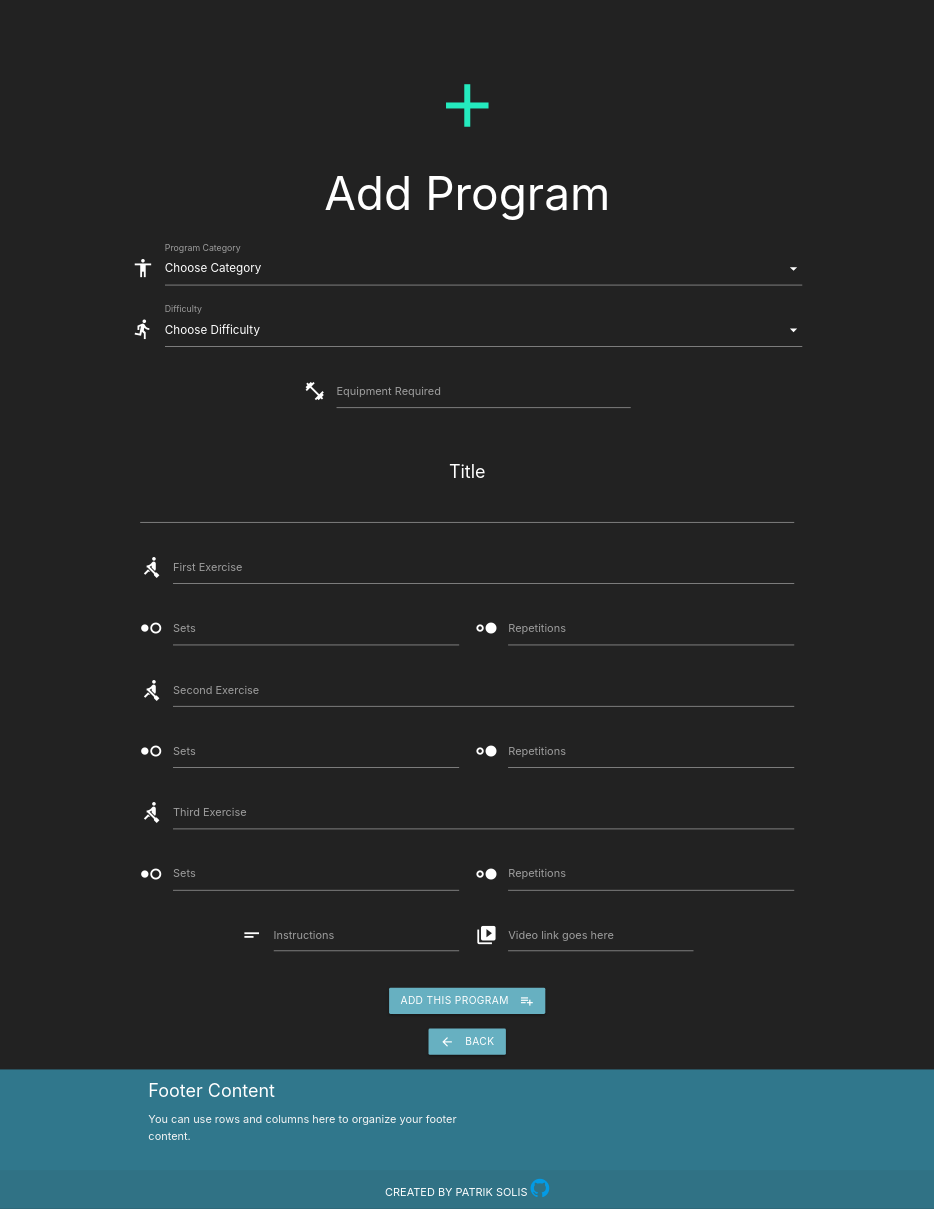
Repository: Ario124/calisthenics-project
Page: http://localhost/add_program
The author's editor kept a record of every edit. The page is drawn from the files as they stood at one moment, then again after the next edit.
The browser window is 1280 px wide. The pictures show the whole page, at 73% of full size.
The page is served by the project's application, run on Flask 3 (app.py). Queries for data that is not in the repository find no rows.

Above is the page before.

### templates/add_program.html
{% extends 'base.html' %} {% block content %}

<div class="row center-align">
    <i class="material-icons icon-size icon-color2">add</i>
</div>
<h1 class="center-align expert_title">Add Program</h1>
<div class="container">

    <form action="{{url_for('insert_program')}}" method="POST" class="col s12">
        <div class="row">
            <div class="row">
                <div class="input-field col s12">
                    <i class="material-icons prefix">accessibility</i>
                    <select id="category" name="category_name">
                  <option value="" disabled selected>Choose Category</option>
                  {% for cat in categories %}
                      <option value="{{cat.category_name}}">{{cat.category_name}}</option>
                  {% endfor %}
                </select>
                    <label>Program Category</label>
                </div>




                <div class="input-field col s12">
                    <i class="material-icons prefix">directions_run</i>
                    <select id="difficulty" name="difficulty_level">
                  <option value="" disabled selected>Choose Difficulty</option>
                  {% for dif in difficulty %}
                      <option value="{{dif.difficulty_level}}">{{dif.difficulty_level}}</option>
                  {% endfor %}
                </select>
                    <label>Difficulty</label>
                </div>

                <div class="input-field col s6 offset-s3">
                    <i class="material-icons prefix">fitness_center</i>
                    <input id="equipment_required" name="equipment_required" type="text" required>
                    <label for="icon_prefix">Equipment Required</label>
                </div>
            </div>
            <div class="input-field col s12">
                <h5 class="center-align">Title</h5>
                <input id="program_name" name="program_name" type="text" class="center-align" required>
            </div>

            <div class="input-field col s12">
                <i class="material-icons prefix">rowing</i>
                <input id="exercise" name="exercise" type="text" required>
                <label for="icon_prefix">First Exercise</label>
            </div>

                        <div class="input-field col s6">
                <i class="material-icons prefix">hdr_weak</i>
                <input id="sets_amount" name="sets_amount" type="text" required>
                <label for="icon_prefix">Sets</label>
            </div>

                        <div class="input-field col s6">
                <i class="material-icons prefix">hdr_strong</i>
                <input id="reps_amount" name="reps_amount" type="text" required>
                <label for="icon_prefix">Repetitions</label>
            </div>

            <div class="input-field col s12">
                <i class="material-icons prefix">rowing</i>
                <input id="exercise2" name="exercise2" type="text" required>
                <label for="icon_prefix">Second Exercise</label>
            </div>

                    <div class="input-field col s6">
                <i class="material-icons prefix">hdr_weak</i>
                <input id="sets_amount2" name="sets_amount2" type="text" required>
                <label for="icon_prefix">Sets</label>
            </div>

            <div class="input-field col s6">
                <i class="material-icons prefix">hdr_strong</i>
                <input id="reps_amount2" name="reps_amount2" type="text" required>
                <label for="icon_prefix">Repetitions</label>
            </div>
            <div class="input-field col s12">
                <i class="material-icons prefix">rowing</i>
                <input id="exercise3" name="exercise3" type="text" required>
                <label for="icon_prefix">Third Exercise</label>
            </div>

            <div class="input-field col s6">
                <i class="material-icons prefix">hdr_weak</i>
                <input id="sets_amount3" name="sets_amount3" type="text" required>
                <label for="icon_prefix">Sets</label>
            </div>

            <div class="input-field col s6">
                <i class="material-icons prefix">hdr_strong</i>
                <input id="reps_amount3" name="reps_amount3" type="text" required>
                <label for="icon_prefix">Repetitions</label>
            </div>

            <div class="container">
                <div class="input-field col s6">
                    <i class="material-icons prefix">short_text</i>
                    <textarea name="description" id="description" class="materialize-textarea center-align" required></textarea>
                    <label for="icon_prefix">Instructions</label>
                </div>



                <div class="input-field col s6">
                    <i class="material-icons prefix">video_library</i>
                    <textarea name="example_youtube" id="example_youtube" class="materialize-textarea center-align" required></textarea>
                    <label for="icon_prefix">Video link goes here</label>
                </div>
            </div>


        </div>
        <div class="row center-align">

            <div class="col s12">
                <button class="btn waves-effect waves-light btn-colored" type="submit" name="action">Add This Program
                     <i class="material-icons right">playlist_add</i>
                    </button>
            </div>

        </div>
        <div class="row center-align">
            <div class="col s12">
                <button onclick="goBack()" class="btn waves-effect waves-light btn-colored">Back
                     <i class="material-icons left">arrow_back</i>
                     </button>
            </div>

        </div>
    </form>
</div>





{% endblock %}

### templates/base.html
<!DOCTYPE html>
<html lang="en">
<head>
    <meta charset="UTF-8">
    <meta name="viewport" content="width=device-width, initial-scale=1">
    <link href="https://fonts.googleapis.com/icon?family=Material+Icons" rel="stylesheet">
    <link rel="stylesheet" href="https://cdnjs.cloudflare.com/ajax/libs/materialize/1.0.0/css/materialize.min.css">
    <link rel="stylesheet" href="{{url_for('static', filename="css/main.css")}}" type="text/css" />
    <link rel="stylesheet" href="https://maxcdn.bootstrapcdn.com/font-awesome/4.7.0/css/font-awesome.min.css" type="text/css" />

    <title>Calisthenics Project</title>
    <link rel="icon" href="https://d1ujqdpfgkvqfi.cloudfront.net/favicon-generator/htdocs/favicons/2019-09-19/50f3ab5b7a10e0ae0911c83435938cd6.ico.png">

</head>
<body>
    <header>

        <div id="navbar-test" class="navbar-fixed">
            <nav>
                <div class="nav-wrapper">
                    <a href="{{url_for('home')}}" class="brand-logo"><i class="material-icons nav-icon-pad">home</i></a>
                    <a href="{{url_for('home')}}" class="brand-logo center-align">Calisthenics</a>
                    <a href="#" data-target="mobile-demo" class="sidenav-trigger"><i class="material-icons">menu</i></a>
                    <ul class="right hide-on-med-and-down">
                        <li><a href="{{url_for('get_programs')}}">View Programs</a></li>
                        <li><a href="{{url_for('add_program')}}">Add Program</a></li>
                        <li><a href="{{url_for('exercises')}}">Exercises</a></li>
                        <li><a href="{{url_for('contact')}}">Contact Us</a></li>
                    </ul>
                </div>
            </nav>

            <ul class="sidenav" id="mobile-demo">
                <li><a class="sidenav-close" href="#!"><i class="material-icons">menu</i>Close</a></li>
                <li><a href="{{url_for('get_programs')}}">View Programs</a></li>
                <li><a href="{{url_for('add_program')}}">Add Program</a></li>
                <li><a href="{{url_for('exercises')}}">Exercises</a></li>
                <li><a href="{{url_for('contact')}}">Contact Us</a></li>
            </ul>
        </div>

    </header>



    {% block content %} {% endblock %}

    <script src="https://cdnjs.cloudflare.com/ajax/libs/jquery/3.4.1/jquery.min.js"></script>
    <script src="https://cdnjs.cloudflare.com/ajax/libs/materialize/1.0.0/js/materialize.min.js"></script>
    <script type="text/javascript">
        M.AutoInit()
    </script>
    <script>
        var prevScrollpos = window.pageYOffset;
window.onscroll = function() {
  var currentScrollPos = window.pageYOffset;
  if (prevScrollpos > currentScrollPos) {
    document.getElementById("navbar-test").style.top = "0";
  } else {
    document.getElementById("navbar-test").style.top = "-70px";
  }
  prevScrollpos = currentScrollPos;
}
    </script>

</body>
        <footer class="page-footer">
          <div class="container">
            <div class="row">
              <div class="col l6 s12">
                <h5 class="white-text">Footer Content</h5>
                <p class="grey-text text-lighten-4">You can use rows and columns here to organize your footer content.</p>
              </div>
            </div>
          </div>
          <div class="footer-copyright">
            <div class="container center-align">
            CREATED BY PATRIK SOLIS
            <a target="_blank" href="https://github.com/Ario124"><i class="fa fa-github fa-2x"></i></a>
            </div>
          </div>
        </footer>

</html>

### app.py
import os
from flask import Flask, render_template, redirect, request, url_for
from flask_pymongo import PyMongo
from bson.objectid import ObjectId

app = Flask(__name__)


app.config["MONGO_DBNAME"] = 'calisthenics-project'
app.config["MONGO_URI"] = 'mongodb+srv://root:pasol005@myfirstcluster-qno2b.mongodb.net/calisthenics?retryWrites=true&w=majority'


mongo = PyMongo(app)

@app.route('/')
@app.route('/home')
def home():
    return render_template('index.html')

@app.route('/add_program')
def add_program():
    return render_template('add_program.html', categories =mongo.db.categories.find(), difficulty =mongo.db.difficulty.find())


@app.route('/categories')
def categories():
    return render_template('categories.html')

@app.route('/contact')
def contact():
    return render_template('contact.html')

@app.route('/get_programs')
def get_programs():
    return render_template('programs.html',
        training_programs=mongo.db.training_programs.find(), description =mongo.db.description.find())


@app.route('/insert_program', methods=['POST'])
def insert_program():
    training_programs = mongo.db.training_programs
    training_programs.insert_one(request.form.to_dict())
    return redirect(url_for('get_programs'))

@app.route('/edit_program/<program_id>')
def edit_program(program_id):
    _program = mongo.db.training_programs.find_one({"_id": ObjectId(program_id)})
    _categories = mongo.db.categories.find()
    _difficulty = mongo.db.difficulty.find()
    category_list = [category for category in _categories]
    difficulty_list = [difficult for difficult in _difficulty]
    return render_template('edit_program.html', program = _program, categories = category_list, difficulties = difficulty_list)


@app.route('/update_program/<program_id>', methods=['POST'])
def update_program(program_id):
    training_programs = mongo.db.training_programs
    training_programs.update({'_id': ObjectId(program_id)},
    {
        'category_name':request.form.get('category_name'),
        'difficulty_level':request.form.get('difficulty_level'),
        'program_name':request.form.get('program_name'),
        'exercise':request.form.get('exercise'),
        'exercise2':request.form.get('exercise2'),
        'exercise3':request.form.get('exercise3'),
        'sets_amount':request.form.get('sets_amount'),
        'sets_amount2':request.form.get('sets_amount2'),
        'sets_amount3':request.form.get('sets_amount3'),
        'reps_amount':request.form.get('reps_amount'),
        'reps_amount2':request.form.get('reps_amount2'),
         'reps_amount3':request.form.get('reps_amount3'),
        'equipment_required':request.form.get('equipment_required'),
        'description':request.form.get('description')
    })
    return redirect(url_for('get_programs'))

@app.route('/add_exercise')
def add_exercise():
    return render_template('add_exercise.html')


@app.route('/delete_program/<program_id>')
def delete_program(program_id):
    mongo.db.training_programs.remove({'_id': ObjectId(program_id)})
    return redirect(url_for('get_programs'))


@app.route('/exercises')
def exercises():
    return render_template('exercises.html')

if __name__ == '__main__':
    app.run(host=os.environ.get('IP'),
            port=int(os.environ.get('PORT')),
            debug=True)

### static/css/main.css
nav {
    background-color: #1d1717f7;

}

.brand-logo {
    font-size: 40px;
}

.video-container iframe, .video-container object, .video-container embed {
    position: absolute;
    top: 0;
    left: 0;
    width: 100%;
    height: 100%;

}


.circle {
    width: 36%;
}

.video-container {
    bottom: 0px;
    z-index: -4;
}

.collapsible-header {
background-color: transparent;
}

.icon-size {
    font-size: 100px;
    margin-top:30px;
}

.contoo {
    background-color: #212525e8;
    color: orange;
}

.program-header {
    margin-top: 5px;
}

.colored-title {
    color: #e85a13;
}

.icon-color {
    color: #e6d712;
}

.icon-color2 {
    color: #24eabe;
}

.btn-colored {
    background-color: #71c4d8e0;
}

.btn-colored:hover {
    background-color: #3196af;
}

.img-test {
    background-image: url("/static/images/Pushups.jpg");
}

.icon-exercises {
    font-size: 100px;
    margin-top:30px;
    color: #f91d1d;
}

.expert_title {
    margin-bottom: 30px;
    margin-top: 30px;
}
body {
    background-color: #222;
    color: white;
}

nav .brand-logo i, .hoomee {
    font-size: 40px;
}

.select-dropdown {
    color: white;
}

.select-dropdown li.disabled>span {
    color: white;
}

.select-dropdown:focus {
    color:white;
}

input {
    color:white;


}

.container {
    color:white;
}

textarea.materialize-textarea {
    color:white;
}

.dropdown-content {
    background-color: #313131;
}

.dropdown-content li>span {
    color:white;
}

.select-wrapper .caret {
    fill:white
}

.sidenav-overlay {
    opacity: 0 !important;
    position: relative;
}

        .nav-icon-pad {
 padding-left:220px;

}


            .flow-text {
        font-size: 1rem;
    }

.pad-this {
    padding-top: 24px;
}

.page-footer {
    background-color: #1d1717f7;
    padding-top: 0px;
}


/* MEDIA QUERIES */



@media all and (min-width: 480px) and (max-width: 767px) {
    nav {
        background-color: #d0501ef7;
    }
            .flow-text {
        font-size: 2.1rem;
    }
}

@media all and (min-width: 768px) and (max-width: 1024px) {

    nav {
        background-color: #d01e1ef7;
    }

        .flow-text {
        font-size: 2.1rem;
    }

    .page-footer {
    background-color: #d01e1ef7;
    padding-top: 0px;
}

}


@media all and (min-width: 1024px) {

        nav .brand-logo {
            left: 43%;
        }

        nav {
            background-color: #317a90f7;
        }

            .page-footer {
    background-color: #317a90f7;
    padding-top: 0px;
}

        .nav-icon-pad {
 padding-left:190px;
}

            .flow-text {
        font-size: 1.5rem;
    }


.pad-this {
    padding-top: 0;
}

.video-container {
    bottom: 65px;
    z-index: -4;
}


}

After the next edit:
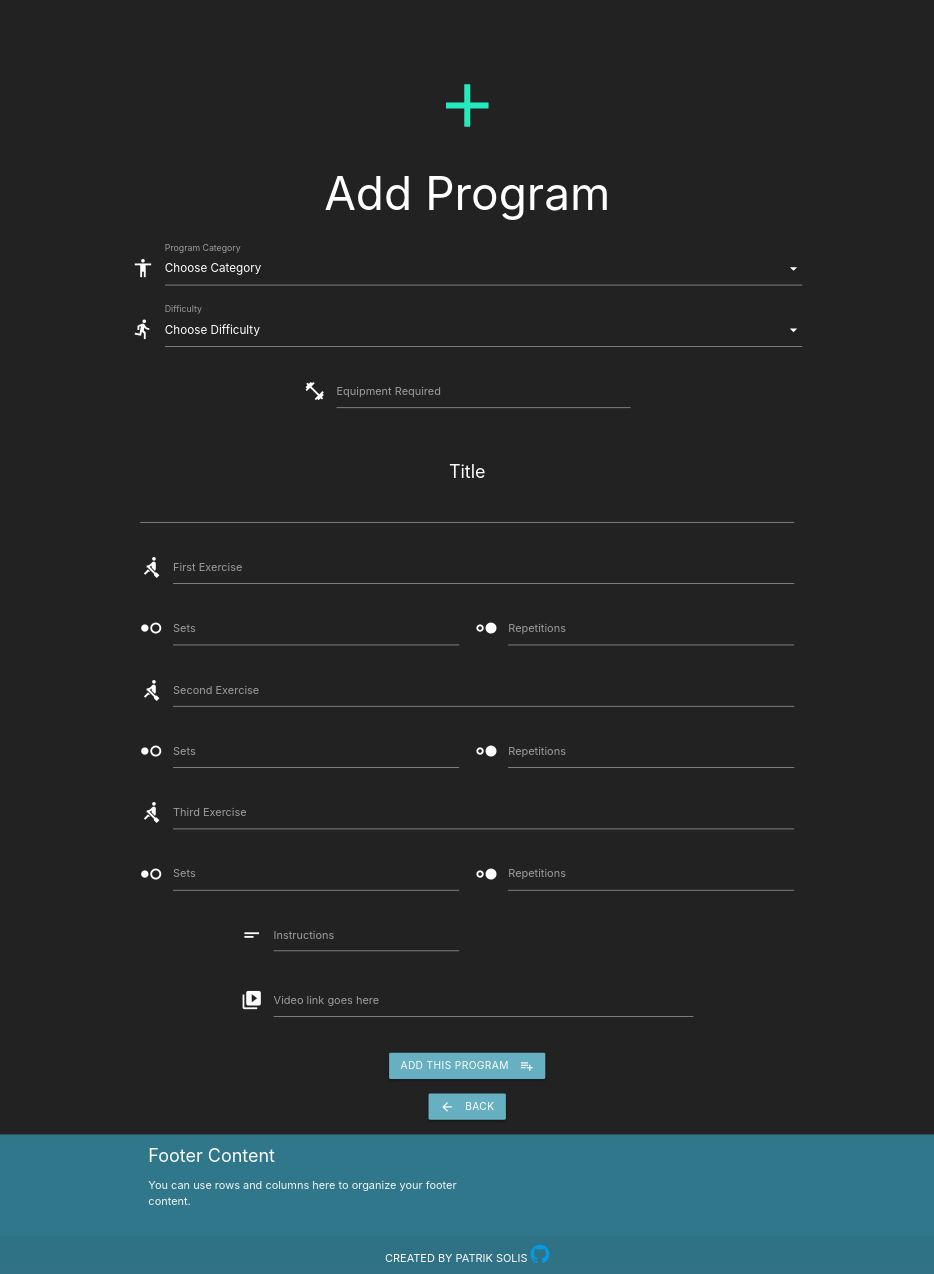
The edit:
--- a/templates/add_program.html
+++ b/templates/add_program.html
@@ -107,7 +107,7 @@
 
 
 
-                <div class="input-field col s6">
+                <div class="input-field col s12">
                     <i class="material-icons prefix">video_library</i>
                     <textarea name="example_youtube" id="example_youtube" class="materialize-textarea center-align" required></textarea>
                     <label for="icon_prefix">Video link goes here</label>
